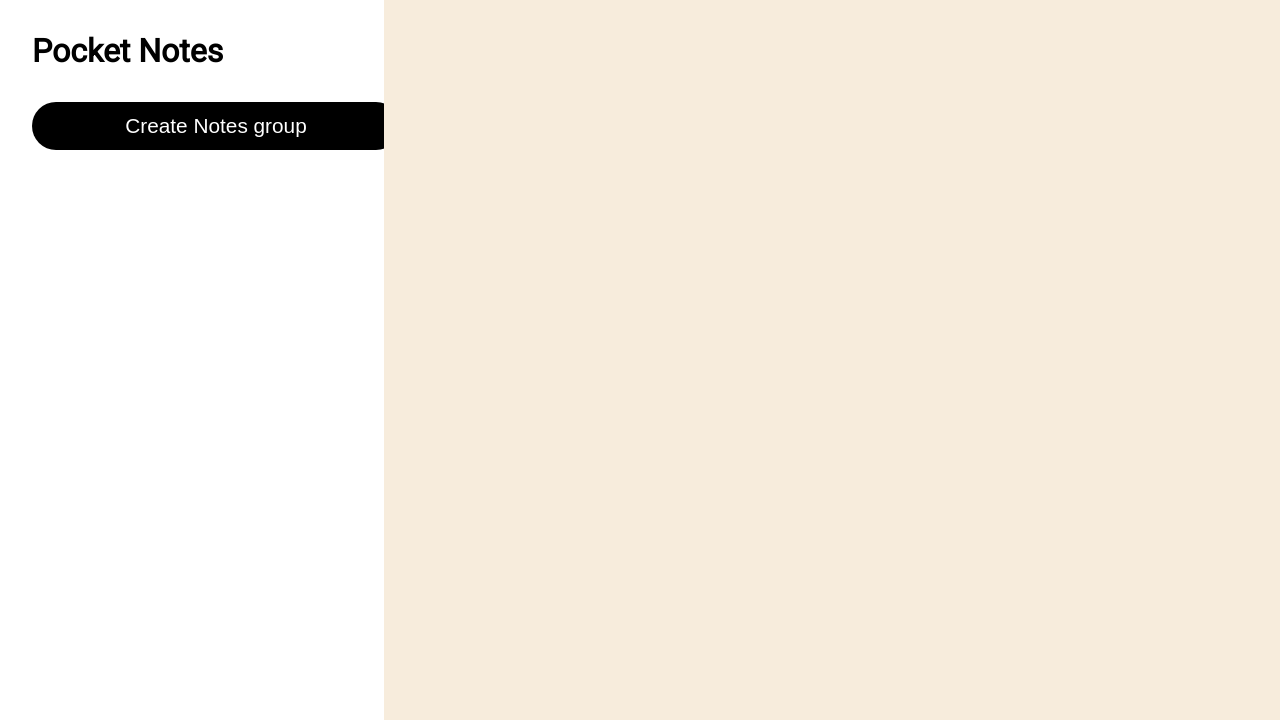
Repository: drumsmanku/react-module-test
Page: /
An editor plug-in stored every save of this project. The page is shown before and after the next save, followed by the edit.
The browser window is 1280 px wide. The pictures show the whole page.
The project was rebuilt for these pictures with package versions that can differ from the ones it lists, and the page was loaded fresh each time. Also part of the build but not shown: src/Components/NotesComponent.js.

Above is the page before, as saved 2023-06-11 22:57:58.

After the next save:
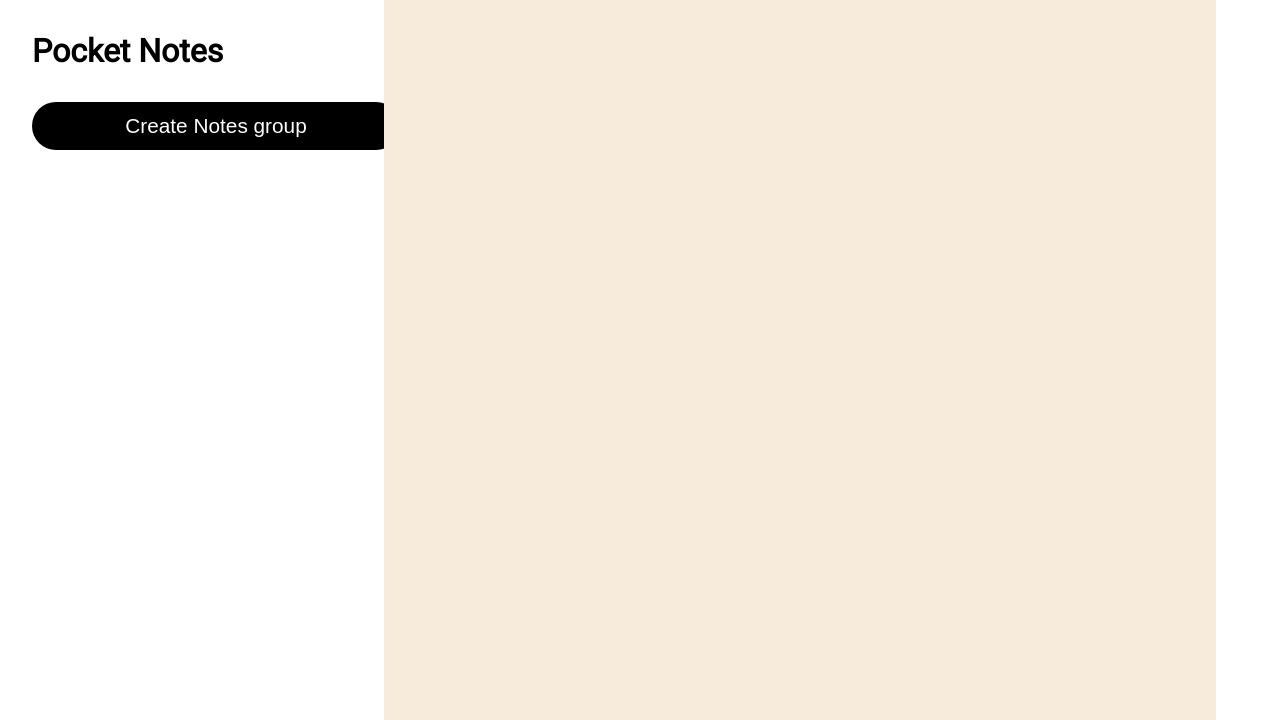
Saved 5 min 29 s later.
--- a/src/Components/MainPage.css
+++ b/src/Components/MainPage.css
@@ -58,6 +58,6 @@
 }
 .second-compartment{
   background-color: #F7ECDC;
-  width: 70%;
+  width: 65%;
   height: 100vh;
 }

After the save that followed:
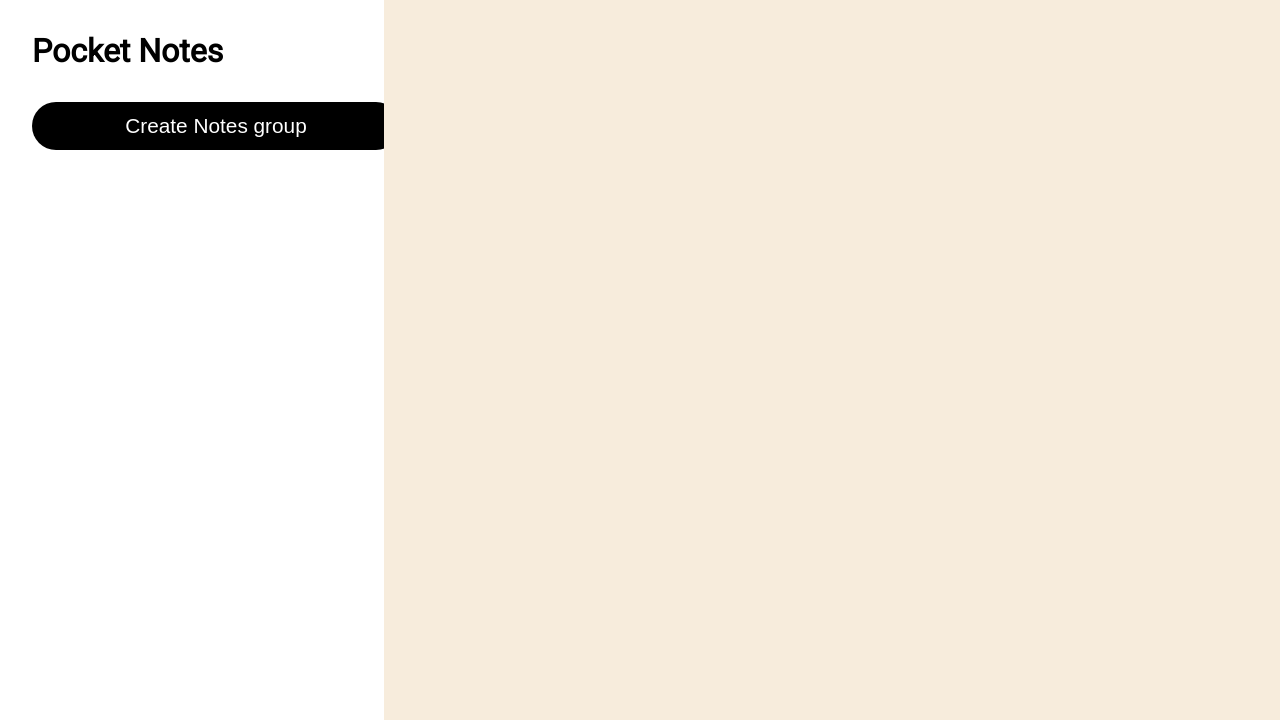
Saved 8 s later.
--- a/src/Components/MainPage.css
+++ b/src/Components/MainPage.css
@@ -58,6 +58,6 @@
 }
 .second-compartment{
   background-color: #F7ECDC;
-  width: 65%;
+  width: 70%;
   height: 100vh;
 }
